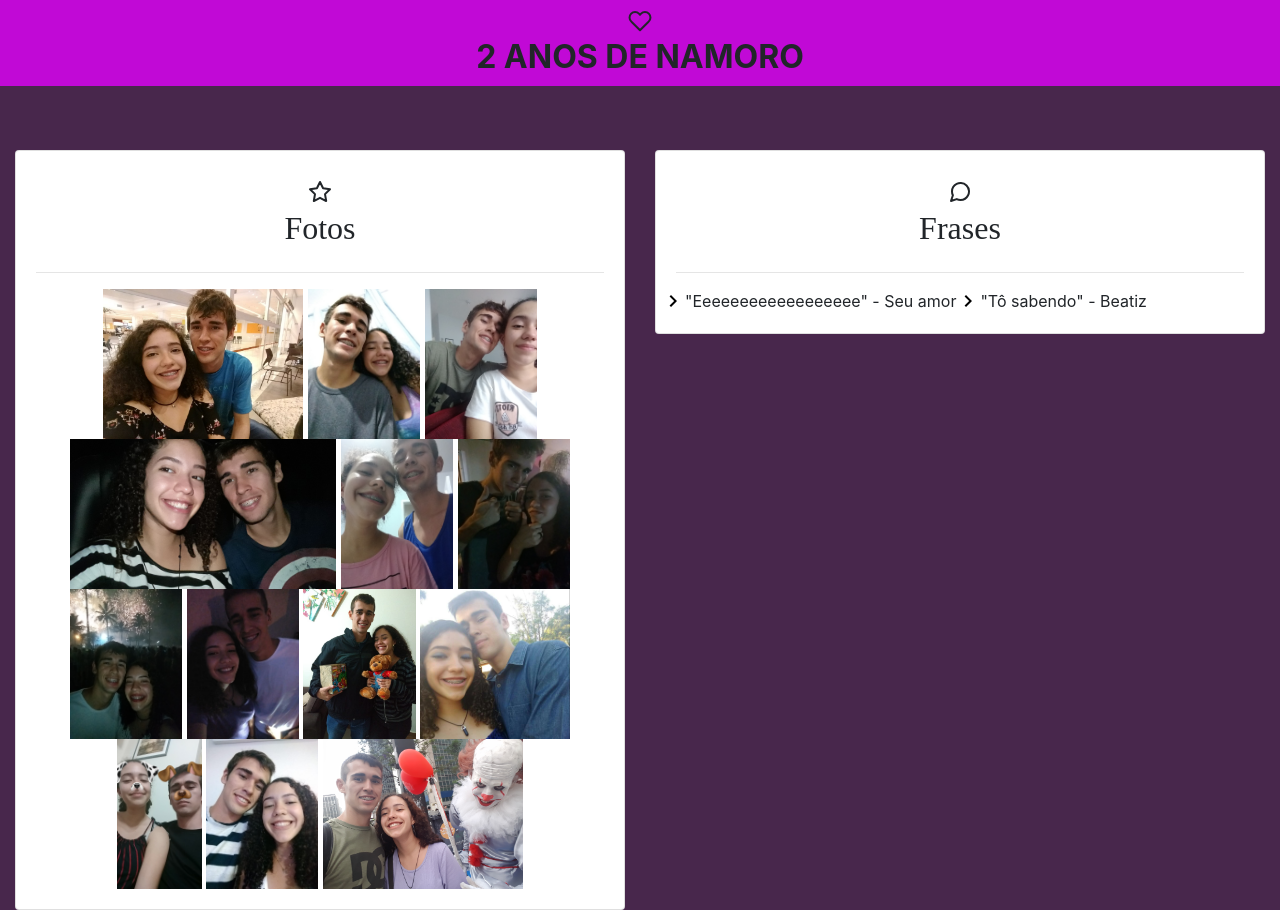
Repository: MeuAmor/meuamor.github.io
Page: index.html
These files come from the project's save history. The page is drawn as it stood at one moment and after the next save; the edit follows.
The browser window is 1280 px wide. The pictures show the whole page.

Above is the page before, as saved 2019-08-20 23:16:59.

### index.html
<!DOCTYPE html>
<html lang="pt">
<head>
  <title>2 ANOS</title>
  <meta charset="utf-8">
  <meta name="viewport" content="width=device-width, initial-scale=1">
  <link rel="stylesheet" href="assets/css/bootstrap4.1/bootstrap.min.css">
  <script src="assets/js/jquery.3.3.1.min.js"></script>
  <script src="assets/js/bootstrap4.1/popper.min.js"></script>
	<script src="assets/js/bootstrap4.1/bootstrap.min.js"></script>
	<!-- <style>
			hr {
				margin-top: 1rem;
				margin-bottom: 1rem;
				border: 5;
				border-top: 1px solid rgba(0, 0, 0, 0.1);
			}
		</style> -->
</head>
<body class="container-fluid">


	<div class="row" style="background:#c109d6">
		<div class="col-md-12 text-left">
			<h2>
                <!-- <svg xmlns="http://www.w3.org/2000/svg" width="24" height="24" viewBox="0 0 24 24" fill="none" stroke="currentColor"
                        stroke-width="2" stroke-linecap="round" stroke-linejoin="round" class="feather feather-heart">
                    <path d="M20.84 4.61a5.5 5.5 0 0 0-7.78 0L12 5.67l-1.06-1.06a5.5 5.5 0 0 0-7.78 7.78l1.06 1.06L12 21.23l7.78-7.78 1.06-1.06a5.5 5.5 0 0 0 0-7.78z"/>
                </svg> -->
                <div class="text-center">

                    <svg xmlns="http://www.w3.org/2000/svg" width="24" height="24" viewBox="0 0 24 24" fill="none" stroke="currentColor"
                            stroke-width="2" stroke-linecap="round" stroke-linejoin="round" class="feather feather-heart">
                        <path d="M20.84 4.61a5.5 5.5 0 0 0-7.78 0L12 5.67l-1.06-1.06a5.5 5.5 0 0 0-7.78 7.78l1.06 1.06L12 21.23l7.78-7.78 1.06-1.06a5.5 5.5 0 0 0 0-7.78z"/>
                    </svg>
                </div>
                <div class="text-center" >

                    <b>2 ANOS DE NAMORO </b>
                </div>
            </h2>
		</div>
		<div class="col-md-6 " id="redes_sociais">
			<!-- <a style="margin:10px;" class="btn btn-info btn-xs float-right" href="http://www.linkedin.com/in/leonardo-bernardes-da-silva-a8869b132">
				<svg xmlns="http://www.w3.org/2000/svg" width="24" height="24" viewBox="0 0 24 24" fill="none" stroke="currentColor" stroke-width="2" stroke-linecap="round" stroke-linejoin="round" class="feather feather-linkedin">
					<path d="M16 8a6 6 0 0 1 6 6v7h-4v-7a2 2 0 0 0-2-2 2 2 0 0 0-2 2v7h-4v-7a6 6 0 0 1 6-6z"></path><rect x="2" y="9" width="4" height="12"></rect>
					<circle cx="4" cy="4" r="2"></circle></svg>	LinkedIn</a>
				<a style="margin:10px;" class="btn btn-primary btn-xs float-right" href="http://www.facebook.com/lezinho.bernardes">
					<svg xmlns="http://www.w3.org/2000/svg" width="24" height="24" viewBox="0 0 24 24" fill="none" stroke="currentColor" stroke-width="2" stroke-linecap="round" stroke-linejoin="round" class="feather feather-facebook">
						<path d="M18 2h-3a5 5 0 0 0-5 5v3H7v4h3v8h4v-8h3l1-4h-4V7a1 1 0 0 1 1-1h3z"></path>
					</svg>
					LinkedIn
				</a>  -->
		</div>


</div>
<div class="row" style="background:#48274c;min-height: 500px;">

	<!-- <hr> -->
	<!-- <p style="margin: 10px;">
		<a class="btn btn-dark" data-toggle="collapse" href="#multiCollapseExample1" role="button" aria-expanded="false" aria-controls="multiCollapseExample1">Toggle first element</a>
		<button class="btn btn-dark" type="button" data-toggle="collapse" data-target="#multiCollapseExample2" aria-expanded="false" aria-controls="multiCollapseExample2">Toggle second element</button>
		<button class="btn btn-dark" type="button" data-toggle="collapse" data-target=".multi-collapse" aria-expanded="false" aria-controls="multiCollapseExample1 multiCollapseExample2">Toggle both elements</button> -->
	<!-- </p> -->


	<div class="col-md-6" style="margin-top: 5%;">
		<div class="card card-body">
            <h2>
                <div class="text-center">

                    <svg xmlns="http://www.w3.org/2000/svg" width="24" height="24" viewBox="0 0 24 24"
                        fill="none" stroke="currentColor" stroke-width="2" stroke-linecap="round" stroke-linejoin="round"
                        class="feather feather-star">
                        <polygon points="12 2 15.09 8.26 22 9.27 17 14.14 18.18 21.02 12 17.77 5.82 21.02 7 14.14 2 9.27 8.91 8.26 12 2"/>
                    </svg>
                </div>
                <div class="text-center" style="font-family: 'Times New Roman', Times, serif">

                    Fotos
                </div>
            </h2>
            <hr>
            <div>

                <!-- <svg xmlns="http://www.w3.org/2000/svg" width="24" height="24" viewBox="0 0 24 24">
                    <path d="M8.59 16.59L13.17 12 8.59 7.41 10 6l6 6-6 6-1.41-1.41z"/>
                    <path fill="none" d="M0 0h24v24H0V0z"/>
                </svg>
                Primeira foto juntos<br> -->
                <div class="text-center">
                    <img src="imagens/primeira_foto.jpg" alt="Primeira Foto" height="150px;">
                    <img src="imagens/terceira_foto.jpg" alt="Terceira Foto" height="150px;">
                    <img src="imagens/quarta_foto.jpg" alt="Quarta Foto" height="150px;">
                    <img src="imagens/2.jpg" alt="" height="150px;">
                    <img src="imagens/3.jpg" alt="" height="150px;">
                    <img src="imagens/4.jpg" alt="" height="150px;">
                    <img src="imagens/segunda_foto.jpg" alt="Segunda Foto" height="150px;">
                    <img src="imagens/5.jpg" alt="" height="150px;">
                    <img src="imagens/6.jpg" alt="" height="150px;">
                    <img src="imagens/7.jpg" alt="" height="150px;">
                    <img src="imagens/8.jpg" alt="" height="150px;">
                    <img src="imagens/10.jpg" alt="" height="150px;">
                    <img src="imagens/9.jpg" alt="" height="150px;">
                </div>
            </div>
		</div>
	</div>
	<div class="col-md-6" style="margin-top: 5%;">
		<div class="card card-body">
            <h2 style="text-align:center;">
                <div class="text-center">

                    <svg xmlns="http://www.w3.org/2000/svg" width="24" height="24" viewBox="0 0 24 24" fill="none" stroke="currentColor" stroke-width="2" stroke-linecap="round" stroke-linejoin="round" class="feather feather-message-circle">
                    <path d="M21 11.5a8.38 8.38 0 0 1-.9 3.8 8.5 8.5 0 0 1-7.6 4.7 8.38 8.38 0 0 1-3.8-.9L3 21l1.9-5.7a8.38 8.38 0 0 1-.9-3.8 8.5 8.5 0 0 1 4.7-7.6 8.38 8.38 0 0 1 3.8-.9h.5a8.48 8.48 0 0 1 8 8v.5z"/></svg>
                </div>
                <div class="text-center" style="font-family: 'Times New Roman', Times, serif">
                    Frases
                </div>
            </h2>
			<hr>
            <div class="row">
                    <svg xmlns="http://www.w3.org/2000/svg" width="24" height="24" viewBox="0 0 24 24">
                        <path d="M8.59 16.59L13.17 12 8.59 7.41 10 6l6 6-6 6-1.41-1.41z"/>
                        <path fill="none" d="M0 0h24v24H0V0z"/>
                    </svg>
                    "Eeeeeeeeeeeeeeeeee" - Seu amor<br>
                    <svg xmlns="http://www.w3.org/2000/svg" width="24" height="24" viewBox="0 0 24 24">
                        <path d="M8.59 16.59L13.17 12 8.59 7.41 10 6l6 6-6 6-1.41-1.41z"/>
                        <path fill="none" d="M0 0h24v24H0V0z"/>
                    </svg>
                    "Tô sabendo" - Beatiz<br>
            </div>
        </div>

	</div>

</div>
</body>
</html>

Loaded but not shown: assets/css/bootstrap4.1/bootstrap.min.css (library); assets/js/jquery.3.3.1.min.js (library); assets/js/bootstrap4.1/popper.min.js (library); assets/js/bootstrap4.1/bootstrap.min.js (library)

After the next save:
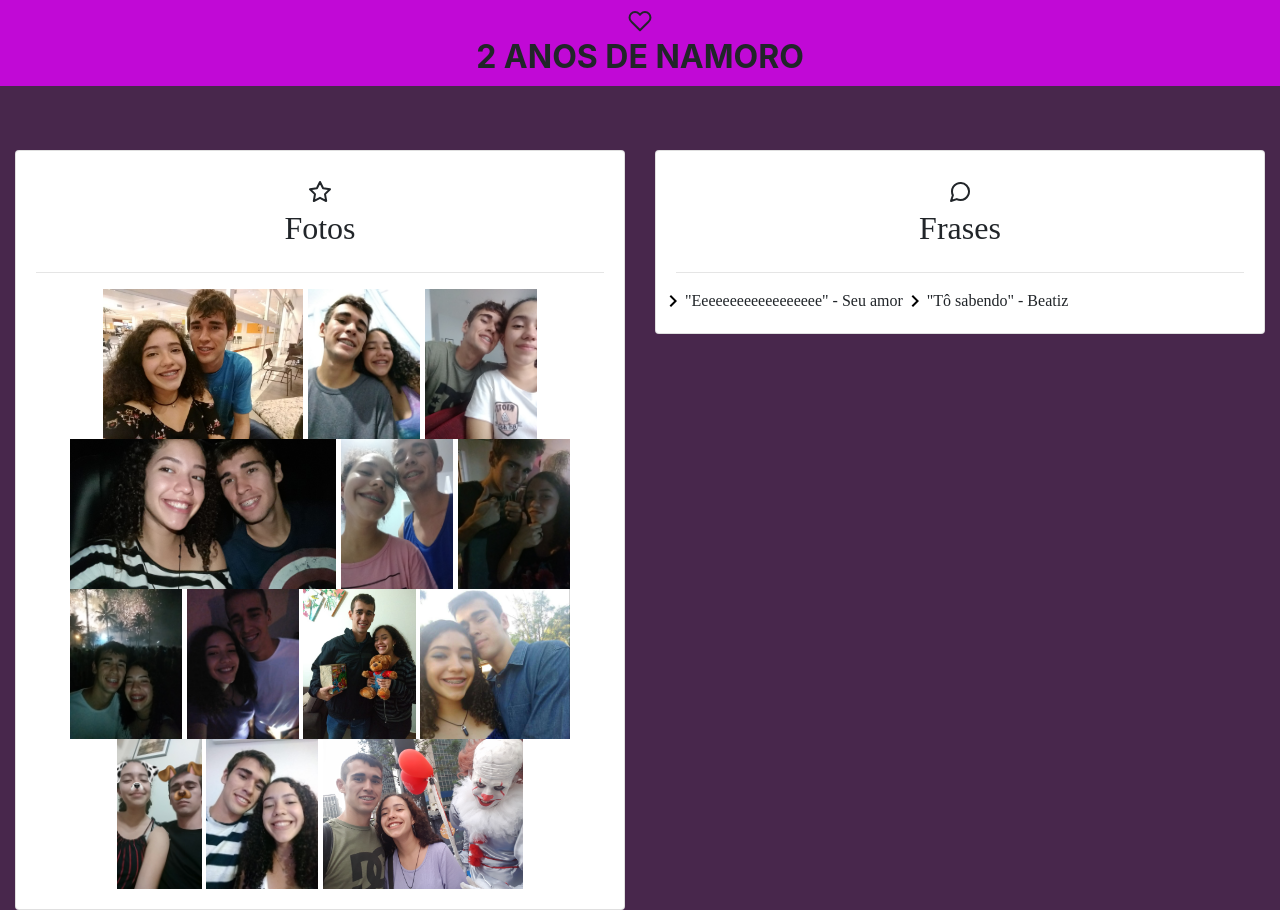
Saved 11 s later.
--- a/index.html
+++ b/index.html
@@ -120,7 +120,7 @@
                 </div>
             </h2>
 			<hr>
-            <div class="row">
+            <div class="row" style="font-family: 'Times New Roman', Times, serif">
                     <svg xmlns="http://www.w3.org/2000/svg" width="24" height="24" viewBox="0 0 24 24">
                         <path d="M8.59 16.59L13.17 12 8.59 7.41 10 6l6 6-6 6-1.41-1.41z"/>
                         <path fill="none" d="M0 0h24v24H0V0z"/>
